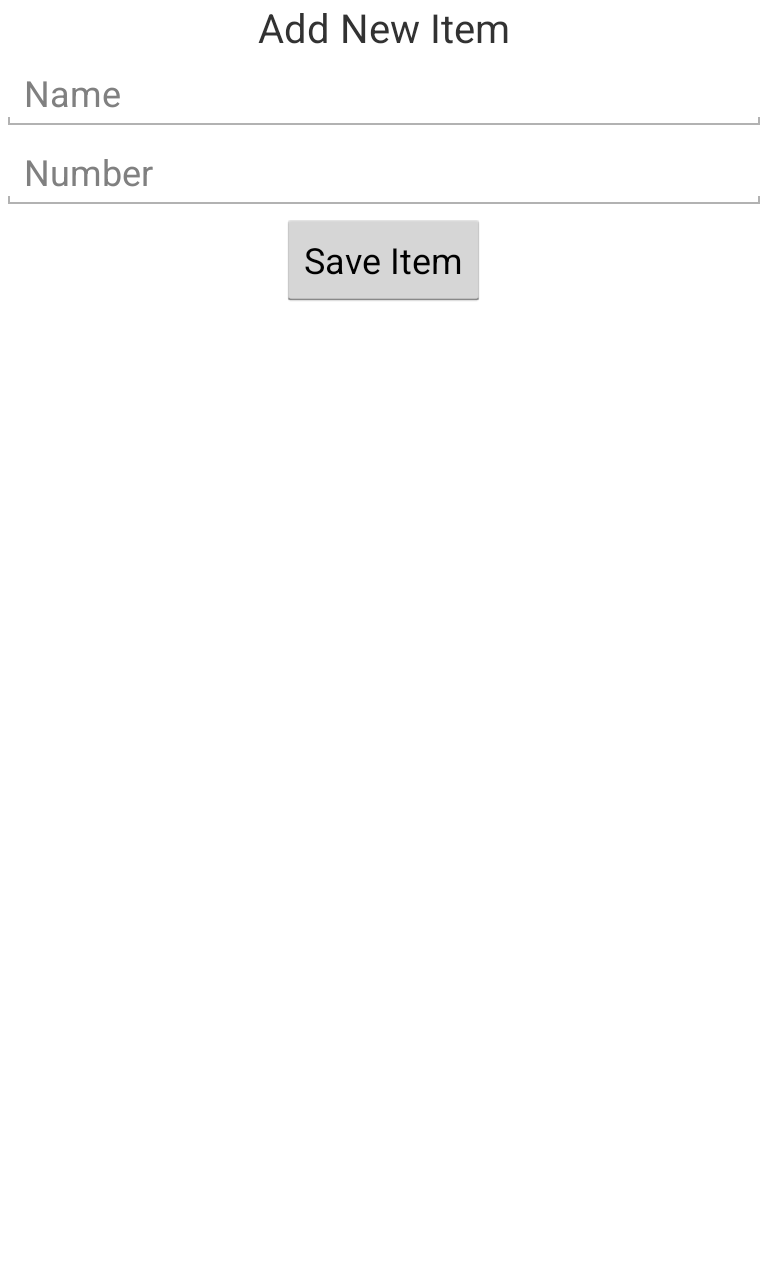
Repository: efreestone/CPM_Freestone
Layout: Project1Android/res/layout/activity_new_item.xml
The author's editor kept a copy of each file at every save. The layout is drawn from the files as they stood at one save, then again after the next save.
It is drawn on a 768 x 1280 px phone screen (xhdpi) without system bars, with theme AppTheme; the app's code is not run.

Above is the layout before, as saved 2014-10-03 01:31:40.

### Project1Android/res/layout/activity_new_item.xml
<?xml version="1.0" encoding="utf-8"?>
<LinearLayout xmlns:android="http://schemas.android.com/apk/res/android"
    android:layout_width="match_parent"
    android:layout_height="match_parent"
    android:orientation="vertical" >

    <TextView
        android:id="@+id/newItemTitle"
        android:layout_width="match_parent"
        android:layout_height="wrap_content"
        android:gravity="center"
        android:textSize="20sp"
        android:text="Add New Item" />

    <EditText
        android:id="@+id/nameEditText"
        android:layout_width="match_parent"
        android:layout_height="wrap_content"
        android:inputType="textPersonName"
        android:hint="@string/nameHeader" />

    <EditText
        android:id="@+id/numberEditText"
        android:layout_width="match_parent"
        android:layout_height="wrap_content"
        android:inputType="number"
        android:hint="@string/numberHeader" />

    <Button
        android:id="@+id/saveButton"
        android:layout_width="wrap_content"
        android:layout_height="wrap_content"
        android:layout_gravity="center"
        android:text="Save Item" />


</LinearLayout>

### Project1Android/res/values/strings.xml
<?xml version="1.0" encoding="utf-8"?>
<resources>

    <string name="app_name">My Contacts</string>
    <string name="hello_world">Hello world!</string>
    <string name="action_settings">Settings</string>
    <string name="newPlusButton">New Client</string>
    <string name="refreshButton">Refresh</string>
    <string name="logoutButtonText">Log Out</string>

    <string name="loginButtonText">Log In</string>
    <string name="signupButtonText">Sign Up</string>

    <string name="usernameTitleText">Username</string>
    <string name="passwordTitleText">Password</string>

    <string name="nameHeader">Name</string>
    <string name="numberHeader">Number</string>
    <string name="newItemTitle">Add New Contact</string>
</resources>

Loaded but not shown: Project1Android/res/values/styles.xml (common file); Project1Android/res/values-v11/styles.xml (common file); Project1Android/res/values-v14/styles.xml (common file)

After the next save:
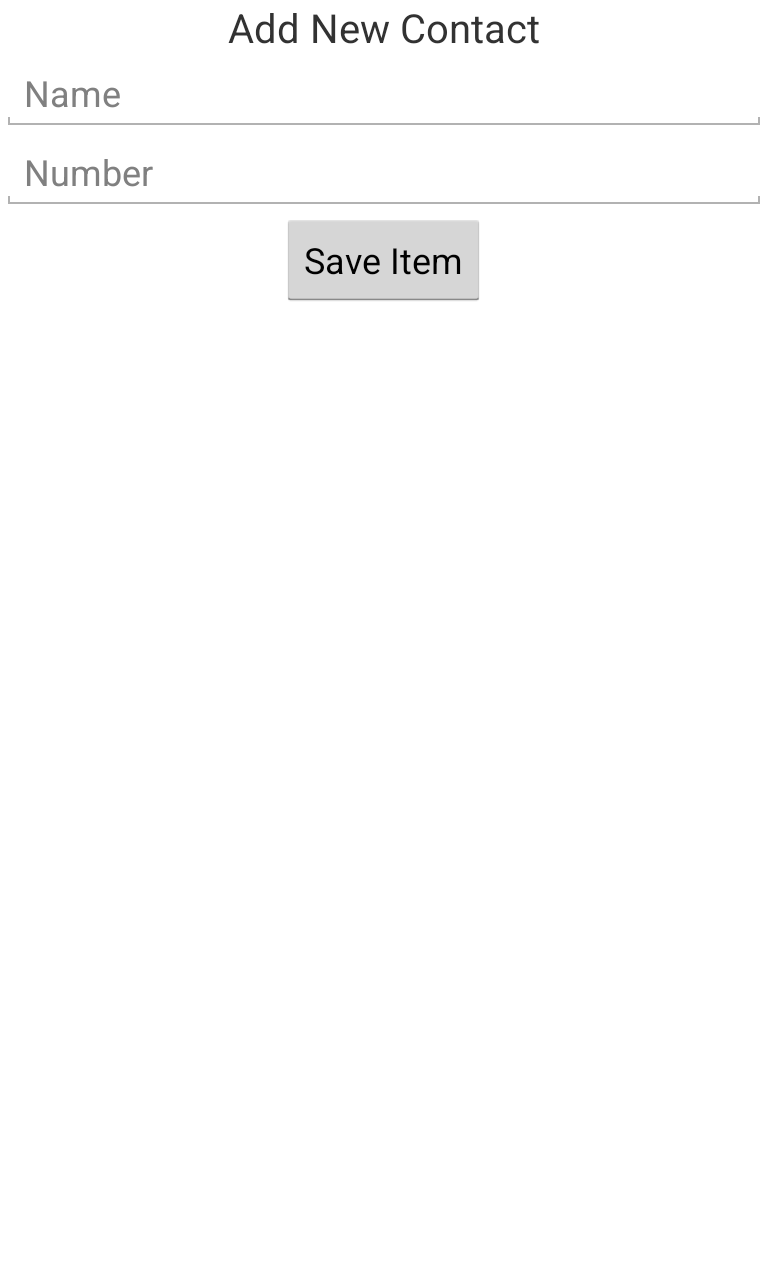
Saved 16 s later.
--- a/Project1Android/res/layout/activity_new_item.xml
+++ b/Project1Android/res/layout/activity_new_item.xml
@@ -10,7 +10,7 @@
         android:layout_height="wrap_content"
         android:gravity="center"
         android:textSize="20sp"
-        android:text="Add New Item" />
+        android:text="@string/newItemTitle" />
 
     <EditText
         android:id="@+id/nameEditText"
